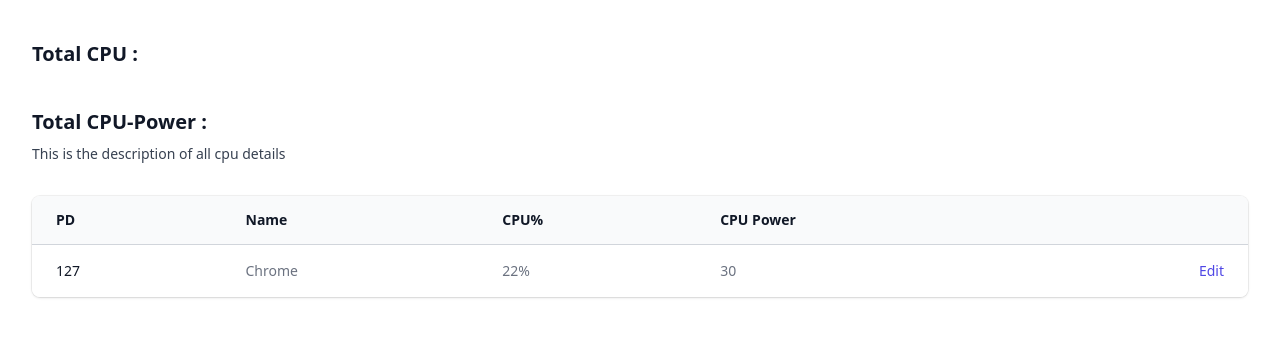
Repository: emorilebo/cpu-reader
Page: /
These files come from the project's save history. The page is drawn as it stood at one moment and after the next save; the edit follows.
The browser window is 1280 px wide. The pictures show the whole page.
The project was rebuilt for these pictures with package versions that can differ from the ones it lists, and the page was loaded fresh each time. The framework's server and built-in components were replaced by stand-ins that run in the browser. Also part of the build but not shown: next.config.js, styles/Home.module.css.

Above is the page before, as saved 2023-01-13 12:31:55.

### pages/index.js
import Head from 'next/head'
import Image from 'next/image'
import { Inter } from '@next/font/google'
import styles from '../styles/Home.module.css'
import Tables from '../components/Tables'

const inter = Inter({ subsets: ['latin'] })

export default function Home() {
  return (
    <>
      <Head>
        <title>Create Next App</title>
        <meta name="description" content="Generated by create next app" />
        <meta name="viewport" content="width=device-width, initial-scale=1" />
        <link rel="icon" href="/favicon.ico" />
      </Head>
      <main className="">
       <Tables/>
      </main>
    </>
  )
}

### styles/globals.css
@tailwind base;
@tailwind components;
@tailwind utilities;

/* :root {
  --max-width: 1100px;
  --border-radius: 12px;
  --font-mono: ui-monospace, Menlo, Monaco, "Cascadia Mono", "Segoe UI Mono",
    "Roboto Mono", "Oxygen Mono", "Ubuntu Monospace", "Source Code Pro",
    "Fira Mono", "Droid Sans Mono", "Courier New", monospace;

  --foreground-rgb: 0, 0, 0;
  --background-start-rgb: 214, 219, 220;
  --background-end-rgb: 255, 255, 255;

  --primary-glow: conic-gradient(
    from 180deg at 50% 50%,
    #16abff33 0deg,
    #0885ff33 55deg,
    #54d6ff33 120deg,
    #0071ff33 160deg,
    transparent 360deg
  );
  --secondary-glow: radial-gradient(
    rgba(255, 255, 255, 1),
    rgba(255, 255, 255, 0)
  );

  --tile-start-rgb: 239, 245, 249;
  --tile-end-rgb: 228, 232, 233;
  --tile-border: conic-gradient(
    #00000080,
    #00000040,
    #00000030,
    #00000020,
    #00000010,
    #00000010,
    #00000080
  );

  --callout-rgb: 238, 240, 241;
  --callout-border-rgb: 172, 175, 176;
  --card-rgb: 180, 185, 188;
  --card-border-rgb: 131, 134, 135;
}

@media (prefers-color-scheme: dark) {
  :root {
    --foreground-rgb: 255, 255, 255;
    --background-start-rgb: 0, 0, 0;
    --background-end-rgb: 0, 0, 0;

    --primary-glow: radial-gradient(rgba(1, 65, 255, 0.4), rgba(1, 65, 255, 0));
    --secondary-glow: linear-gradient(
      to bottom right,
      rgba(1, 65, 255, 0),
      rgba(1, 65, 255, 0),
      rgba(1, 65, 255, 0.3)
    );

    --tile-start-rgb: 2, 13, 46;
    --tile-end-rgb: 2, 5, 19;
    --tile-border: conic-gradient(
      #ffffff80,
      #ffffff40,
      #ffffff30,
      #ffffff20,
      #ffffff10,
      #ffffff10,
      #ffffff80
    );

    --callout-rgb: 20, 20, 20;
    --callout-border-rgb: 108, 108, 108;
    --card-rgb: 100, 100, 100;
    --card-border-rgb: 200, 200, 200;
  }
}

* {
  box-sizing: border-box;
  padding: 0;
  margin: 0;
}

html,
body {
  max-width: 100vw;
  overflow-x: hidden;
}

body {
  color: rgb(var(--foreground-rgb));
  background: linear-gradient(
      to bottom,
      transparent,
      rgb(var(--background-end-rgb))
    )
    rgb(var(--background-start-rgb));
}

a {
  color: inherit;
  text-decoration: none;
}

@media (prefers-color-scheme: dark) {
  html {
    color-scheme: dark;
  }
} */

### components/Tables.jsx
import React from "react";

const cpus = [
  {
    name: "127",
    title: "Chrome",
    email: "22%",
    role: "30",
  },
  // More people...
];

export default function Tables() {
  return (
    <div className="px-4 sm:px-6 lg:px-8">
      <div className="sm:flex sm:items-center">
        <div className="sm:flex-auto">
          <h1 className=" mt-10 text-xl font-semibold text-gray-900">
            Total CPU :{" "}
          </h1>
          <h1 className=" mt-10 text-xl font-semibold text-gray-900">
            Total CPU-Power :{" "}
          </h1>
          <p className="mt-2 text-sm text-gray-700">
            This is the description of all cpu details
          </p>
        </div>
      </div>
      <div className="mt-8 flex flex-col">
        <div className="-my-2 -mx-4 overflow-x-auto sm:-mx-6 lg:-mx-8">
          <div className="inline-block min-w-full py-2 align-middle md:px-6 lg:px-8">
            <div className="overflow-hidden shadow ring-1 ring-black ring-opacity-5 md:rounded-lg">
              <table className="min-w-full divide-y divide-gray-300">
                <thead className="bg-gray-50">
                  <tr>
                    <th
                      scope="col"
                      className="py-3.5 pl-4 pr-3 text-left text-sm font-semibold text-gray-900 sm:pl-6"
                    >
                      PD
                    </th>
                    <th
                      scope="col"
                      className="px-3 py-3.5 text-left text-sm font-semibold text-gray-900"
                    >
                      Name
                    </th>
                    <th
                      scope="col"
                      className="px-3 py-3.5 text-left text-sm font-semibold text-gray-900"
                    >
                      CPU%
                    </th>
                    <th
                      scope="col"
                      className="px-3 py-3.5 text-left text-sm font-semibold text-gray-900"
                    >
                      CPU Power
                    </th>
                    <th
                      scope="col"
                      className="relative py-3.5 pl-3 pr-4 sm:pr-6"
                    >
                      <span className="sr-only">Edit</span>
                    </th>
                  </tr>
                </thead>
                <tbody className="divide-y divide-gray-200 bg-white">
                  {cpus.map((cpu) => (
                    <tr key={cpu.email}>
                      <td className="whitespace-nowrap py-4 pl-4 pr-3 text-sm font-medium text-gray-900 sm:pl-6">
                        {cpu.name}
                      </td>
                      <td className="whitespace-nowrap px-3 py-4 text-sm text-gray-500">
                        {cpu.title}
                      </td>
                      <td className="whitespace-nowrap px-3 py-4 text-sm text-gray-500">
                        {cpu.email}
                      </td>
                      <td className="whitespace-nowrap px-3 py-4 text-sm text-gray-500">
                        {cpu.role}
                      </td>
                      <td className="relative whitespace-nowrap py-4 pl-3 pr-4 text-right text-sm font-medium sm:pr-6">
                        <a
                          href="#"
                          className="text-indigo-600 hover:text-indigo-900"
                        >
                          Edit<span className="sr-only">, {cpu.name}</span>
                        </a>
                      </td>
                    </tr>
                  ))}
                </tbody>
              </table>
            </div>
          </div>
        </div>
      </div>
    </div>
  );
}

Loaded but not shown: pages/_app.js (common file); pages/_document.js (common file); tailwind.config.js (common file)

After the next save:
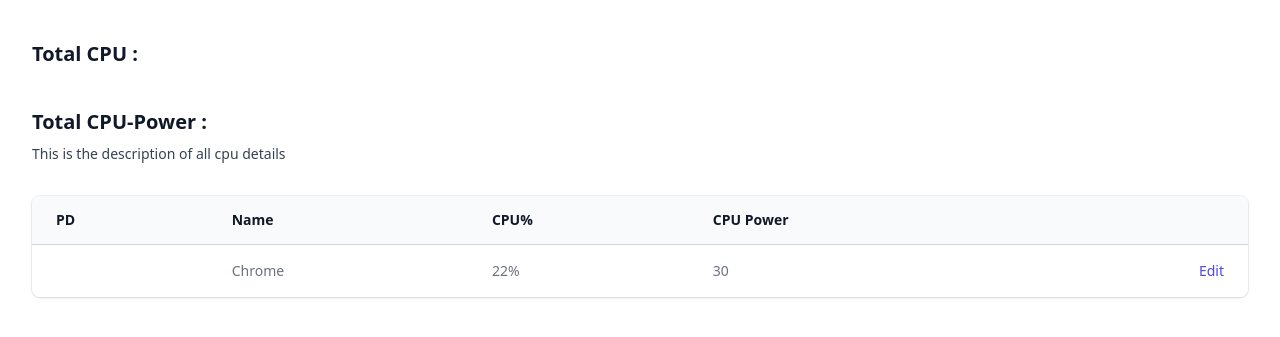
Saved 18 s later.
--- a/components/Tables.jsx
+++ b/components/Tables.jsx
@@ -2,7 +2,7 @@ import React from "react";
 
 const cpus = [
   {
-    name: "127",
+    pd: "127",
     title: "Chrome",
     email: "22%",
     role: "30",
